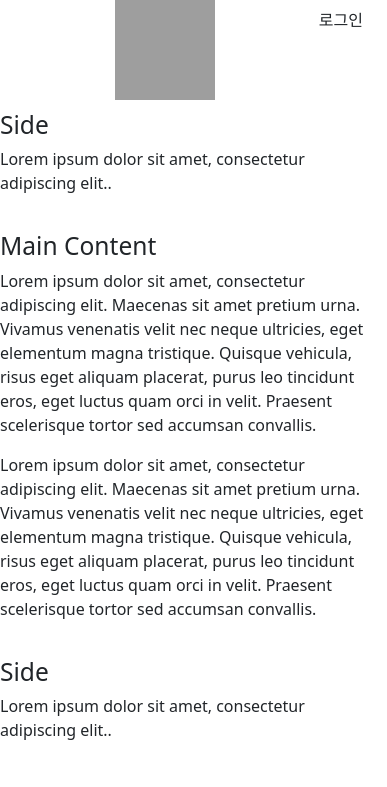
Repository: seonminpark100/CodeCampus
Page: http://localhost/LMSProject/WEB-INF/views/home.jsp
The author's editor kept a copy of each file at every save. The page is drawn from the files as they stood at one save, then again after the next save.
The browser window is 375 px wide. The page is 387 px wide, then 377 px, so the pictures cover 387 px, including what lies to the right of the window. The pictures show the whole page.
Pictures or frames that could not be fetched are drawn as grey boxes. The page is served by Tomcat 10. Nobody is signed in. The template is opened directly, without the code that normally fills it, so the values that code supplies are empty.

Above is the page before, as saved 2025-07-11 05:53:28.

After the next save:
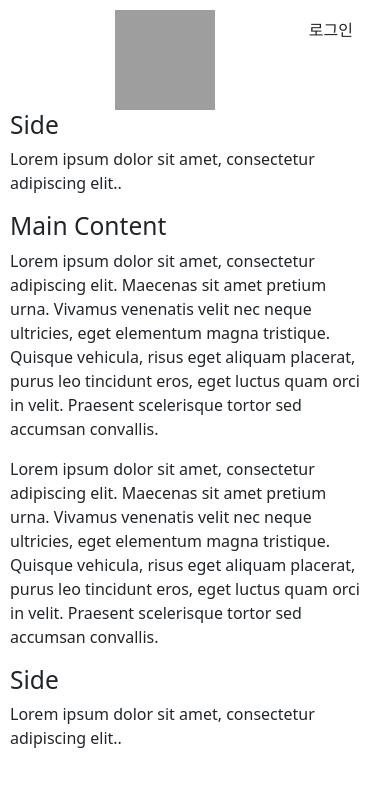
Saved 42 s later.
--- a/LMSProject/src/main/webapp/WEB-INF/views/home.jsp
+++ b/LMSProject/src/main/webapp/WEB-INF/views/home.jsp
@@ -13,14 +13,20 @@
 		}
 
 		body {
-		  margin: 0;
+		  font-family: Arial;
+		  padding: 10px;
+		  background: #f1f1f1;
 		}
 
-		/* Style the header */
+		/* Header/Blog Title */
 		.header {
-		  background-color: #f1f1f1;
-		  padding: 20px;
+		  padding: 30px;
 		  text-align: center;
+		  background: white;
+		}
+
+		.header h1 {
+		  font-size: 50px;
 		}
 
 		/* Style the top navigation bar */
@@ -45,20 +51,33 @@
 		  color: black;
 		}
 
-		/* Create three unequal columns that floats next to each other */
-		.column {
+		/* Create two unequal columns that floats next to each other */
+		/* Left column */
+		.leftcolumn {
 		  float: left;
-		  padding: 10px;
+		  width: 75%;
 		}
 
-		/* Left and right column */
-		.column.side {
+		/* Right column */
+		.rightcolumn {
+		  float: left;
 		  width: 25%;
+		  background-color: #f1f1f1;
+		  padding-left: 20px;
 		}
 
-		/* Middle column */
-		.column.middle {
-		  width: 50%;
+		/* Fake image */
+		.fakeimg {
+		  background-color: #aaa;
+		  width: 100%;
+		  padding: 20px;
+		}
+
+		/* Add a card effect for articles */
+		.card {
+		  background-color: white;
+		  padding: 20px;
+		  margin-top: 20px;
 		}
 
 		/* Clear floats after the columns */
@@ -68,9 +87,26 @@
 		  clear: both;
 		}
 
-		/* Responsive layout - makes the three columns stack on top of each other instead of next to each other */
-		@media screen and (max-width: 600px) {
-		  .column.side, .column.middle {
+		/* Footer */
+		.footer {
+		  padding: 20px;
+		  text-align: center;
+		  background: #ddd;
+		  margin-top: 20px;
+		}
+
+		/* Responsive layout - when the screen is less than 800px wide, make the two columns stack on top of each other instead of next to each other */
+		@media screen and (max-width: 800px) {
+		  .leftcolumn, .rightcolumn {
+		    width: 100%;
+		    padding: 0;
+		  }
+		}
+
+		/* Responsive layout - when the screen is less than 400px wide, make the navigation links stack on top of each other instead of next to each other */
+		@media screen and (max-width: 400px) {
+		  .topnav a {
+		    float: none;
 		    width: 100%;
 		  }
 		}
